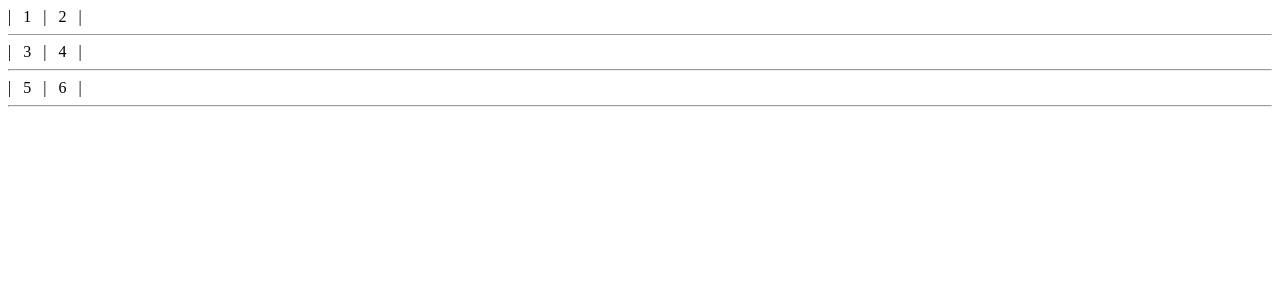
Repository: hb6700/client
Page: ClientTest/src/main/webapp/html/ex08_hr.html
These files come from the project's save history. The page is drawn as it stood at one moment and after the next save; the edit follows.
The browser window is 1280 px wide. The pictures show the whole page.

Above is the page before, as saved 2023-09-20 00:40:59.

After the next save:
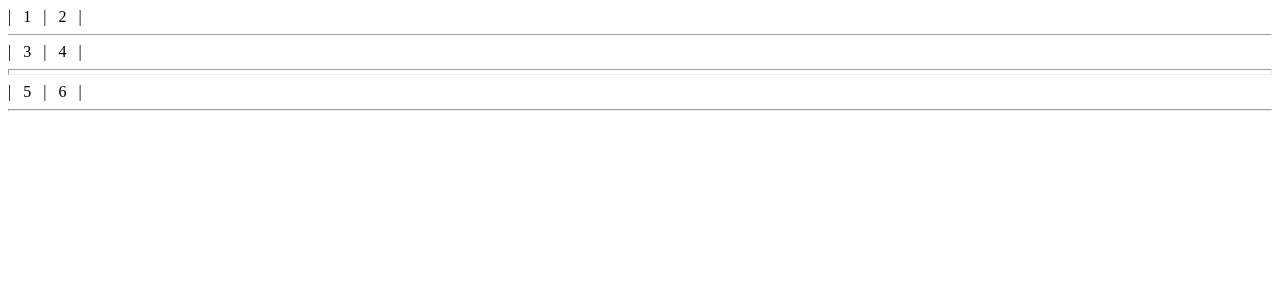
Saved 10 s later.
--- a/ClientTest/src/main/webapp/html/ex08_hr.html
+++ b/ClientTest/src/main/webapp/html/ex08_hr.html
@@ -20,7 +20,7 @@
 		|&nbsp;&nbsp;&nbsp;1&nbsp;&nbsp;&nbsp;|&nbsp;&nbsp;&nbsp;2&nbsp;&nbsp;&nbsp;|
 		<hr size="1">
 		|&nbsp;&nbsp;&nbsp;3&nbsp;&nbsp;&nbsp;|&nbsp;&nbsp;&nbsp;4&nbsp;&nbsp;&nbsp;|
-		<hr>
+		<hr size="6">
 		|&nbsp;&nbsp;&nbsp;5&nbsp;&nbsp;&nbsp;|&nbsp;&nbsp;&nbsp;6&nbsp;&nbsp;&nbsp;|
 		<hr>
 	</body>
